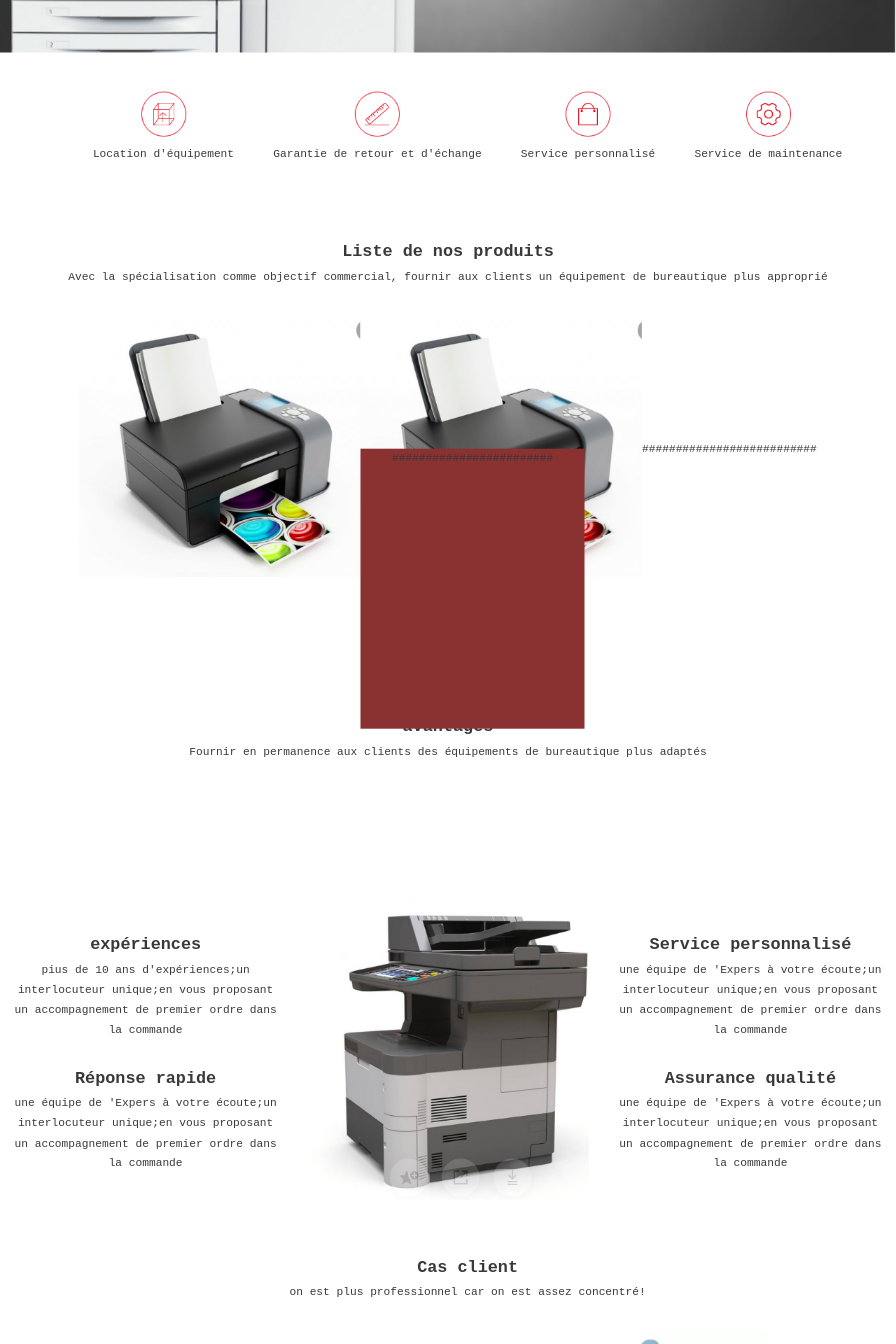
Repository: clairedupuich/sv_print
Page: index.html
An editor plug-in stored every save of this project. The page is shown before and after the next save, followed by the edit.
The browser window is 1280 px wide. The pictures show the part of the page from y = 630 to 2550 px (the page is 4261 px tall), at 70% of full size.

Above is the page before, as saved 2020-12-02 23:07:29.
Console error: TypeError: Cannot read properties of null (reading 'appendChild')

### index.html
<!doctype html>
<html>
<head>
  <meta charset="utf-8">
  <meta name="viewport"
        content="width=device-width, initial-scale=1, user-scalable=no">
<title>SV Print</title>

<link href="style.css" rel="stylesheet" type="text/css">
<script src="print.js" type="text/javascript"></script>
</head>
<body>
<header id="fh5co-header">




  <div class="logo_nav"id="logo_nav">
    <img src="img/logo4.png" alt="SV Print" class="logo" />
     <div class="nav_tele">
      <div class="tel">
        <img src="img/call.png" class="margin-small-right"
        alt="" />tele graduite：0606060606</div>
    <ul class="nav nav-menu nav-inline nav-split nav-right text-big">
      <li id="liHome" class="home"> <a href="">ACCEUILLE</a></li>
      <li id="liabout-us" class="dropdown"><a href="">QUI SOMME NOUS</a></li>
      <li id="liproducts" class="dropdown"><a href="">ECOLOGIE</a></li>
      <li class="side_nav1" id="cat1"><a href="">POURQUOI NOUS</a></li>
      <li class="side_nav1" id="cat2"><a href="">CONSEILS ET ASTUCES</a></li>
    </ul>
    </div>
  </div>
</header>



    <div id="view">
      <ul id="img_list">
        <li id="slider1" class="owl-item"><img src="img/img_slider_1.png" class="img_slider" alt=""></li>
        <ul class="boutton_change">
          <a href="#slider5"><li><b> < </b></li></a>
          <a href="#slider2"><li><b> > </b></li></a>
        </ul>
        <li id="slider2" class="owl-item"><img src="img/Group 4.png" alt="" class="img_slider"></li>
        <ul class="boutton_change">
          <a href="#slider1"><li><b> < </b></li></a>
          <a href="#slider3"><li><b> > </b></li></a>
        </ul>
        <li id="slider3" class="owl-item"><img src="img/img_slider_31.png" alt="" class="img_slider"></li>
        <ul class="boutton_change">
          <a href="#slider2"><li><b> < </b></li></a>
          <a href="#slider4"><li><b> > </b></li></a>
        </ul>
        <li id="slider4" class="owl-item"><img src="img/promo.png" alt="" class="img_slider"></li>
        <ul class="boutton_change">
          <a href="#slider3"><li><b> < </b></li></a>
          <a href="#slider4"><li><b> > </b></li></a>
        </ul>
      </ul>
    </div>

<div class="blankbig"></div>
<!-- 临时图片 -->
<div class="img_big">
  <h3>Notre philosophie</h3>
  <p>"Ne vous plaignez jamais du client à caractère difficile car il est la caust de vos progrès"<br><br>Auguste Detoeuf</p>
</div>



<div id="fh5co-about-us">
  <div class="container">

				<div class="line-big">
					<div class="text-center">

							<div class="media-img"><img src="img/webdesign_1.png" alt="" /></div>
							<p class="padding-big-top">Location d'équipement</p>

					</div>
					<div class="text-center">

							<div class="media-img"><img src="img/webdesign_2.png" alt="" /></div>
							<p class="padding-big-top">
                Garantie de retour et d'échange<br /></p>

					</div>

					<div class="text-center">
							<div class="media-img"><img src="img/webdesign_3.png" alt="" /></div>
							<p class="padding-big-top">Service personnalisé</p>

					</div>
					<div class="text-center">

							<div class="media-img"><img src="img/webdesign_4.png" alt="" /></div>
							<p class="padding-big-top">
                Service de maintenance</p>

					</div>
				</div>
			</div></div>
<div class="blankbig"></div>
<div id="fh5co-content_show">
  <div class="container">
    <div class="line">
        <h2 class="full-screen-en-title">Liste de nos produits</h2>
        <p class="text-big padding-big-top">Avec la spécialisation comme objectif commercial, fournir aux clients un
          équipement de bureautique plus approprié</p>
    </div>


  <img src="img/Capture d’écran du 2020-11-30 22-51-18.png" alt="" class="produit_list">
  <div class="absolut1">
    <p class="product_discription">########################</p>
  </div>
  <img src="img/Capture d’écran du 2020-11-30 22-51-18.png" alt="" class="produit_list">
  <div class="absolut1">
    <pclass="product_discription">##########################</p>

</div>

<!-- 优势 -->

					<div class="avantages">
						<h2 class="full-screen-en-title"> avantages</h2>
						<p class="text-big padding-big-top">
              Fournir en permanence aux clients des équipements de bureautique plus adaptés</p>
					</div>
        <div class="avantages_contente">
          <div class="text_left">
            <div class="text1">
            <h3>expériences</h3>
            <p>pius de 10 ans d'expériences;un interlocuteur unique;en vous proposant un accompagnement de premier ordre dans la commande</p>
            </div>
            <div class="text2">
              <h3>Réponse rapide</h3>
              <p>une équipe de 'Expers à votre écoute;un interlocuteur unique;en vous proposant un accompagnement de premier ordre dans la commande</p>
            </div>
          </div>
          <div><img src="img/Capture d’écran du 2020-11-30 22-49-31.png"></div>
          <div class="text_right">
            <div class="text3">
              <h3>
                Service personnalisé</h3>
              <p>une équipe de 'Expers à votre écoute;un interlocuteur unique;en vous proposant un accompagnement de premier ordre dans la commande</p>
            </div>
            <div class="text4">
              <h3>Assurance qualité</h3>
                <p>une équipe de 'Expers à votre écoute;un interlocuteur unique;en vous proposant un accompagnement de premier ordre dans la commande</p>

            </div>
          </div>
        </div>






<!-- 客户案例 -->
						<div class="x12 text-center padding-top">
							<h2 class="full-screen-en-title">Cas client</h2>
							<p class="text-big padding-big-top margin-large-bottom">on est plus professionnel car on est assez concentré!</p>
						</div>
					<div class="client_logo">
            <img src="img/saint-louis-recouvrement.jpg.webp" alt="" class="logo_client">
            <img src="img/levis.jpg.webp" alt="" class="logo_client">
            <img src=" img/technigaz.jpg.webp" alt="" class="logo_client">
            <img src="img/xia.jpg.webp" alt="" class="logo_client">
            <img src="img/xia.jpg.webp" alt="" class="logo_client">
            <img src="img/xia.jpg.webp" alt="" class="logo_client">
          </div>





<!-- 应用领域 -->
					<div class="text-domaines">
            <h2 class="full-screen-en-title">Champ d'application</h2>
            <p>Nos clients sont dans de nombreux domaines</p>
						<img src="img/img_bottom.png" alt="">

					</div>


          <!-- 服务范围覆盖 -->

					<div class="Couverture">
						<h2 class="full-screen-en-title">Couverture de service</h2>
						<p class="text-big padding-big-top">Nous rendons services à Anzin, Valenciennes,lille et ses alentours</p>
          </div>


          <footer>
            <div class="textFooterC">
                <div class="texFooter">
                    <a href="" class="textFooterEle">Ecologiite</a>
                    <a href="" class="textFooterEle">Qui sommes-nous ? </a>
                    <a href="" class="textFooterEle">Pourquoi Nous</a>
                    <a href="" class="textFooterEle">Conseils Et Astuces</a>

                </div>
                <div class="texFooter1 icon_footer">
                  <img src="img/Vector 1.png" alt="" class="iconFooter">
                  <img src="img/Vector2.png" alt="" class="iconFooter">
                  <img src="img/Vector 3.png" alt="" class="iconFooter">
                </div>
                <div class="texFooter">
                    <a href="" class="textFooterEle">Mentions légales</a>
                    <a href="" class="textFooterEle">Conditions générales d’utilisation</a>
                    <a href="" class="textFooterEle">Conditions générales de vente</a>
                </div>
            </div>
            <a href="#logo_nav" class="return_top">^</a>
        </footer>
				</body>
</html>

### style.css
/* 主要部分 style.css */
* {
    margin: 0;
    padding: 0;
    list-style: none;
    text-decoration: none;
}

body {
    font-family: 'Courier New', Courier, monospace;
    font-size: 16px;
    line-height: 1.8;
    color: #3a3939;
    background: #FFF;
    height: 100%;

}

a:hover {
    text-decoration: none;
}


h1,
h2,
h3,
h4 {
    text-align: center;
    font-size: 1.5em;
    font-weight: bolder;
}
.logo {
    width: 12%;
    min-width: 4em;
    height: 12%;
    min-width: 4em;
}
.nav_tele {
    margin-right: 2em;
}
.tel {
    display: block;
    margin-bottom: 1.5em;
    text-align: right;
    line-height: 20px;
    color: #808080;
    font-size: 14px
}

.tel img {
    vertical-align: middle;
}

.logo_nav {
    display: flex;
    flex-direction: row;
    flex-wrap: wrap;
    align-items: center;
    margin-top: 1em;
    justify-content: space-between;
}
.logo_nav ul {
    display: flex;
    flex-direction: row;
    flex-wrap: wrap;
    align-items: center;
    justify-content: space-around;
    list-style: none;

}
.logo_nav ul li a{
    margin-left: 2em;
    text-decoration: none;
    color: rgb(24, 22, 22);
    text-align: center;
}
.logo_nav ul li:hover {
     background-color: rgb(78, 120, 135);
     background-clip: content-box;

}
/* nav 结束 */

/* slider */

.img_slider {
    width: 100%;
    height: 45em;
    position: absolute;
}
#view {
    position: relative;
    width: 100%;
    overflow: hidden;
}
#view:after {
    content: '.';
    display: block;
    clear: both;
    height: 0;
    visibility: hidden;
  }
  #img_list {
    position: absolute;
    width: 100%;
  }
  #img_list li {
    float: left;
     width: 100%;
    height:46em;
  }
.blankbig {
    clear: both;
}


.boutton_change {
    display: flex;
    flex-direction: row;
    justify-content: space-around;
    cursor: pointer;
    padding: 2em 46% 0;
  }
  .boutton_change a {
    color: #000000;
    text-decoration: none;
  }
  .boutton_change a li {
    list-style: none;
  }

.container {
    display: flex;
    flex-direction: row;
    flex-wrap: wrap;
    align-items: center;
    justify-content: center;
    margin: 3.5em auto;
    text-align: center;
}
/* image replace */
.img_big {
    background-image: url(img/img_slider_31.png);
    background-position: center;
    background-repeat: no-repeat;
    background-size: cover;
    height: 19em;
    padding: 12em 2em 4em 30em;
    color: ivory;
}
.img_big p {
    padding-left: 17em;
    margin-top: 3em;
}
/* list de produit */
.line {
    margin: 3em auto;
}
.line-big {
    display: flex;
    flex-wrap: wrap;
    flex-direction: row;
    justify-content: space-between;
}
.text-center {
    margin-left: 3.5em;
}
.absolut1 .product_discription {
    width: 25%;
    height: 25em;
    position: absolute;
    background-color: rgb(138, 49, 49);
}
/* 优势 */
.avantages {
    text-align: center;
    margin: 12em 3em;
}
.avantages_contente {
    display: flex;
    flex-direction: row;
    flex-wrap: wrap;
    align-items: center;
    justify-content: space-between;
    margin-bottom: 4em;
}
.text_left,
.text_right {
    width: 30%;
    min-width: 20em;
    text-align: center;
    margin: 0 1em;
}
.text1,
.text3 {
    margin-bottom: 2em;
}

/* 客户案例 */
.logo_client {
    margin: 2.5em;
    width: 19%;
}

/* 应用领域 */
.text-domaines {
    text-align: center;
    width: 100%;
    margin: 3em auto;
}
.text-domaines img {
    width: 100%;
    margin-top: 4em;
}
.Couverture {
    text-align: center;
    width: 100%;
}

/* footer commence */
footer {

    color: snow;
    margin-top: 8em;
    width: 100%;
    background-color: #031322;
    margin-bottom: 0;
}
.textFooterC {
    display: flex;
    flex-direction: row;
    flex-wrap: wrap;
    justify-content: space-around;
    padding-top: 3em;
    padding-bottom: 3em;
}
.texFooter {
    display: flex;
    flex-direction: column;
    line-height: 1.7em;

}

.textFooterEle {
    text-decoration: none;
    list-style: none;
    color: snow;
}
.iconsFooter {
    background-color: #0F4C81;
    text-align: center;
}
.iconFooter{
   padding: 0.9em;
}
.return_top {
    font-size: 3em;
    font-weight: bold;
    color: blanchedalmond;
    text-align: right;
    padding-bottom: 2em;
    margin-right: 2em;
    margin-bottom: -3em;
}

### print.js
/* for the slider */
var img_list = document.getElementById('img_list');
setInterval(function () {
    img_list.appendChild(img_list.firstChild);
}, 2500)

After the next save:
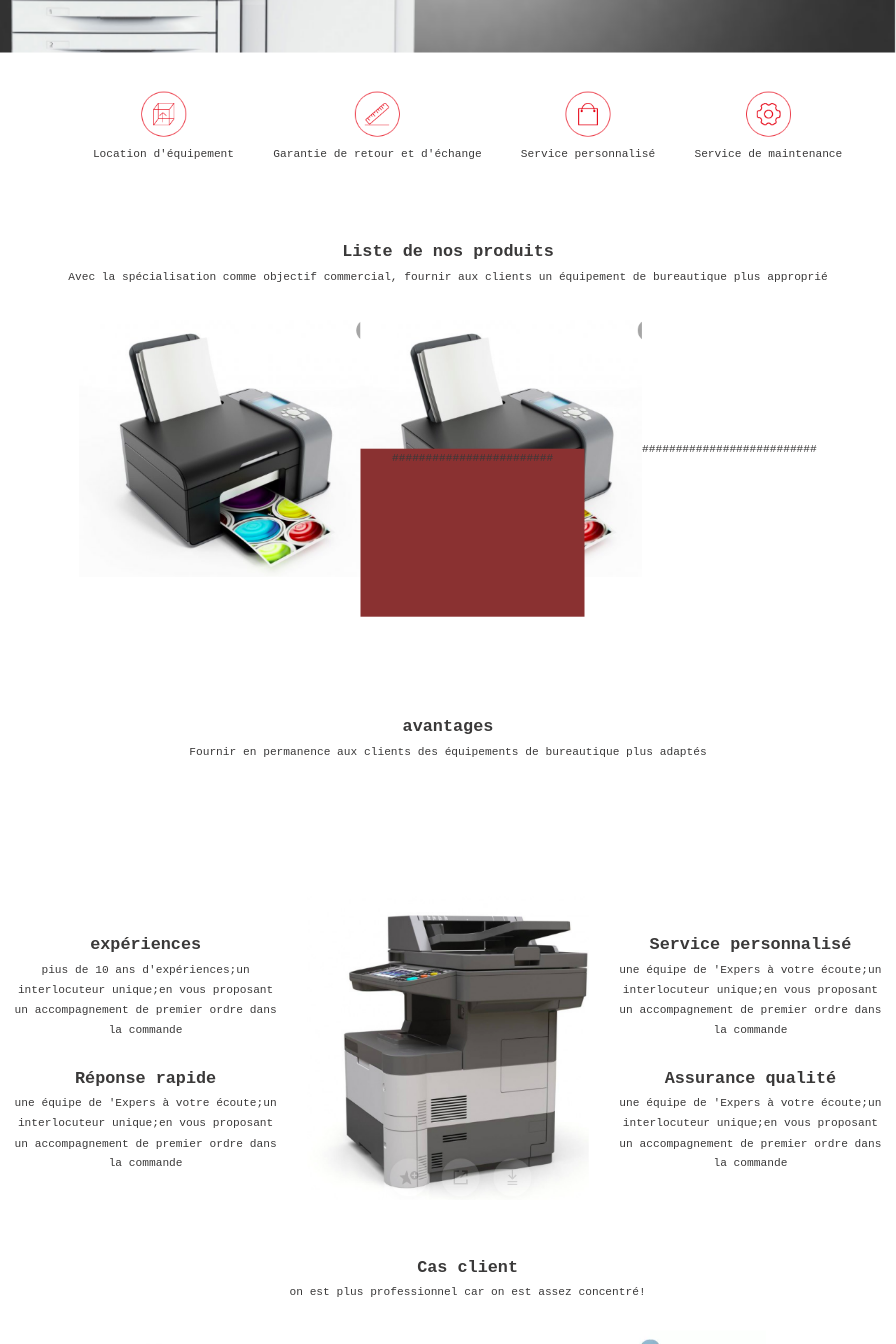
Saved 7 s later.
--- a/style.css
+++ b/style.css
@@ -167,7 +167,7 @@
 }
 .absolut1 .product_discription {
     width: 25%;
-    height: 25em;
+    height: 15em;
     position: absolute;
     background-color: rgb(138, 49, 49);
 }
